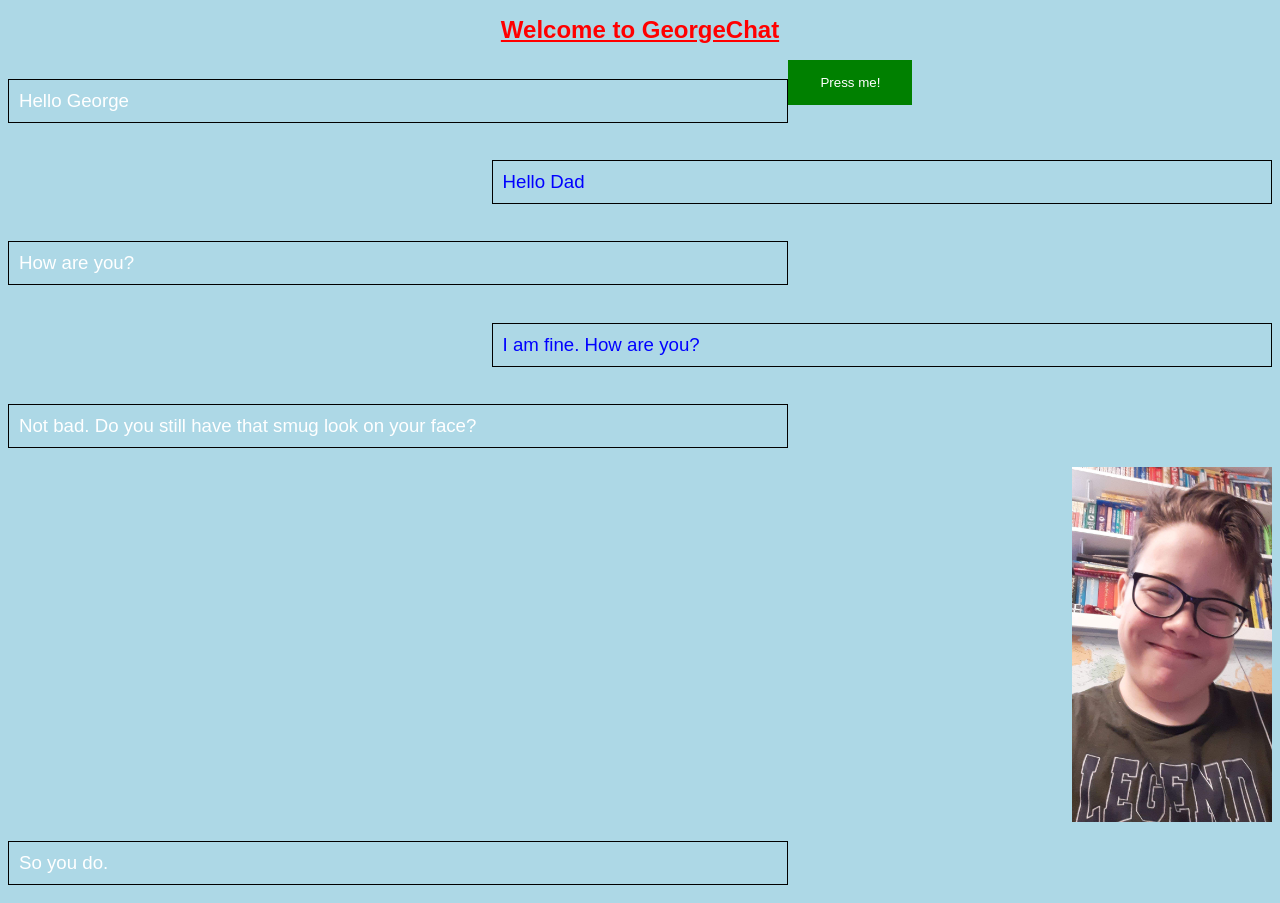
Repository: georgefyles/playground
Page: playground/src/resources/html/test.html
The author's editor kept a record of every edit. The page is drawn from the files as they stood at one moment, then again after the next edit.
The browser window is 1280 px wide. The pictures show the whole page.

Above is the page before.

### playground/src/resources/html/test.html
<!DOCTYPE html>
<html>

  <head>
	<title>Page Title</title>
	<link rel="stylesheet" href="test.css" type="text/css" />
  </head>

  <body>

    <h1 id="chat-title">Welcome to GeorgeChat</h1>

    <div id="chat-messages">

      <p class="you-talking">Hello George</p>

      <p class="me-talking">Hello Dad</p>

      <p class="you-talking">How are you?</p>

  	  <p class="me-talking">I am fine. How are you?</p>

      <p class="you-talking">Not bad. Do you still have that smug look on your face?</p>

      <img src="../images/george.jpeg" class="me-talking chat-image" />

      <p class="you-talking">So you do.</p>

    </div>

    <div id="chat-controls">
      <button>Press me!</button>
    </div>

  </body>
</html>

### playground/src/resources/html/test.css
body {
    background-color: lightblue;
    font-family: Arial, Helvetica, sans-serif;
}

#chat-title {
    font-size: 18pt;
    text-align: center;
    color: red;
    text-decoration: underline;
}

button {
    background-color: green;
    border: none;
    color: white;
    padding: 15px 32px;
    text-align: center;
    text-decoration: none;
    display: inline-block;
}

p {
    color: white;
    font-size: 14pt;
    border: 1px solid black;
    padding: 10px;
    display: inline-block;
    width: 60%;
}

.you-talking {
    color: g;
    float: left;
    clear: right;
}

.me-talking {
    color: blue;
    float: right;
    clear: left;
}

img.chat-image {
    width: 200px;
}

After the next edit:
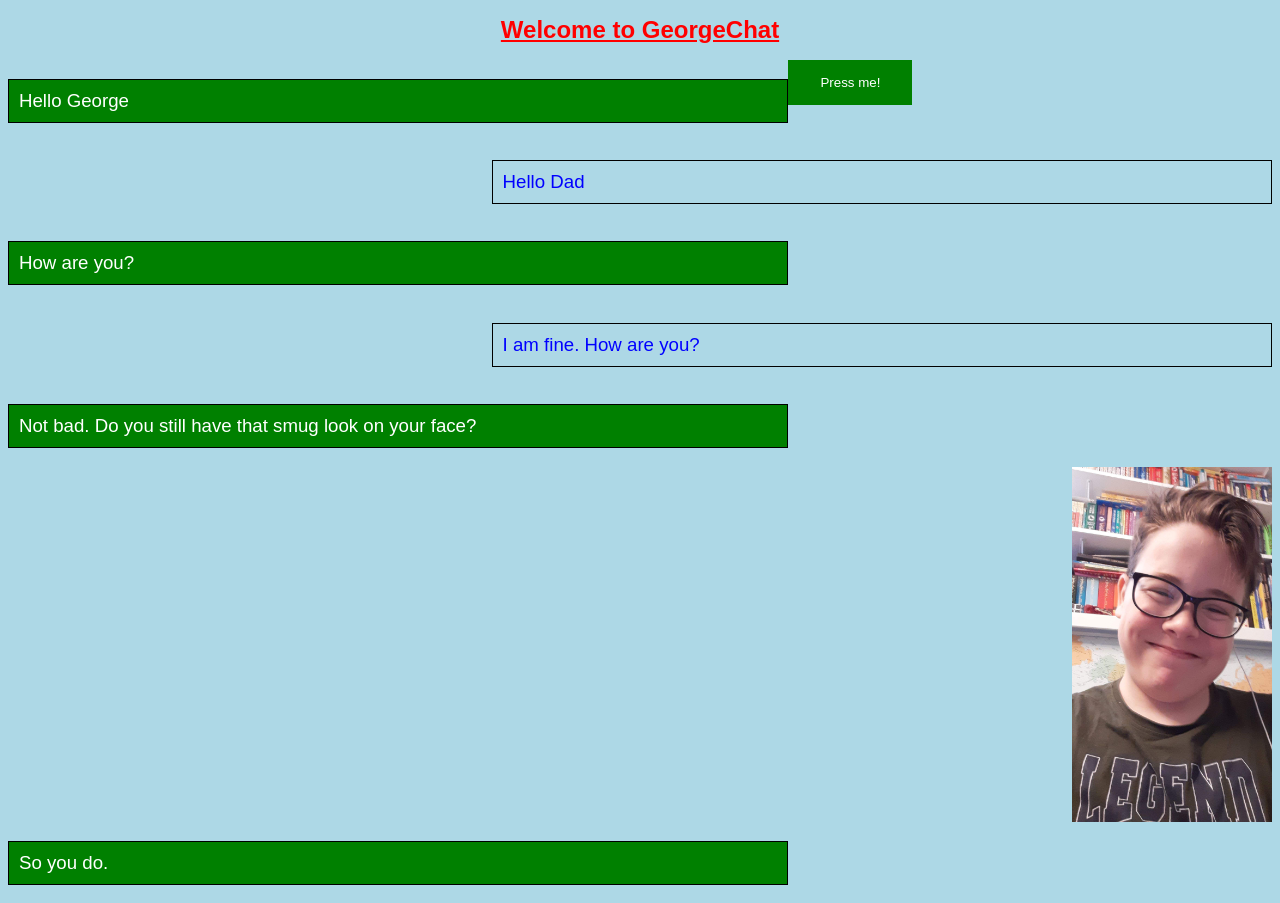
The edit:
--- a/playground/src/resources/html/test.css
+++ b/playground/src/resources/html/test.css
@@ -30,7 +30,7 @@
 }
 
 .you-talking {
-    color: g;
+    background-color: green;
     float: left;
     clear: right;
 }
